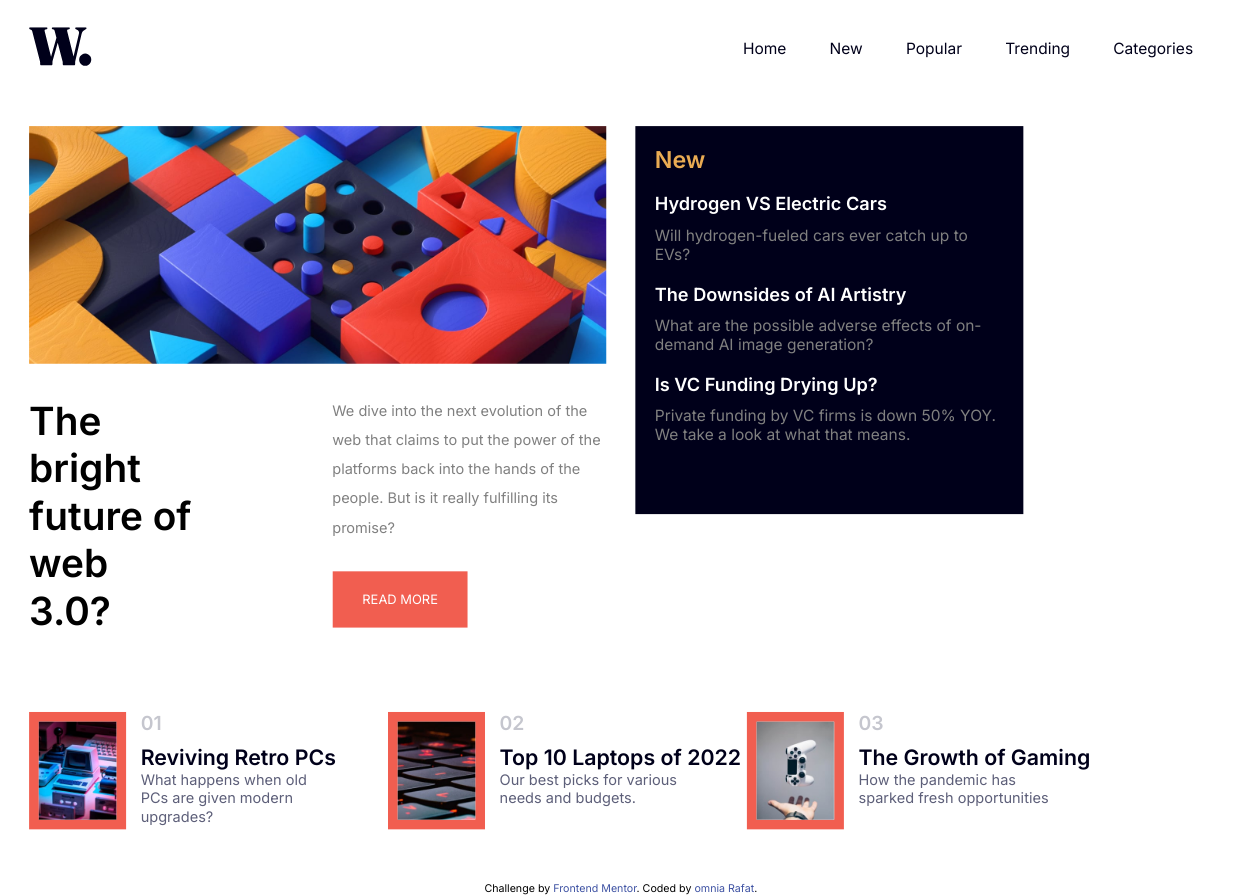
Repository: OmniaRafat232111121/HomePage
Page: index.html
An editor plug-in stored every save of this project. The page is shown before and after a run of saves, followed by the edit.
The browser window is 1280 px wide. The pictures show the whole page, at 97% of full size.

Above is the page before, as saved 2022-12-17 22:45:38.

After the next 2 saves:
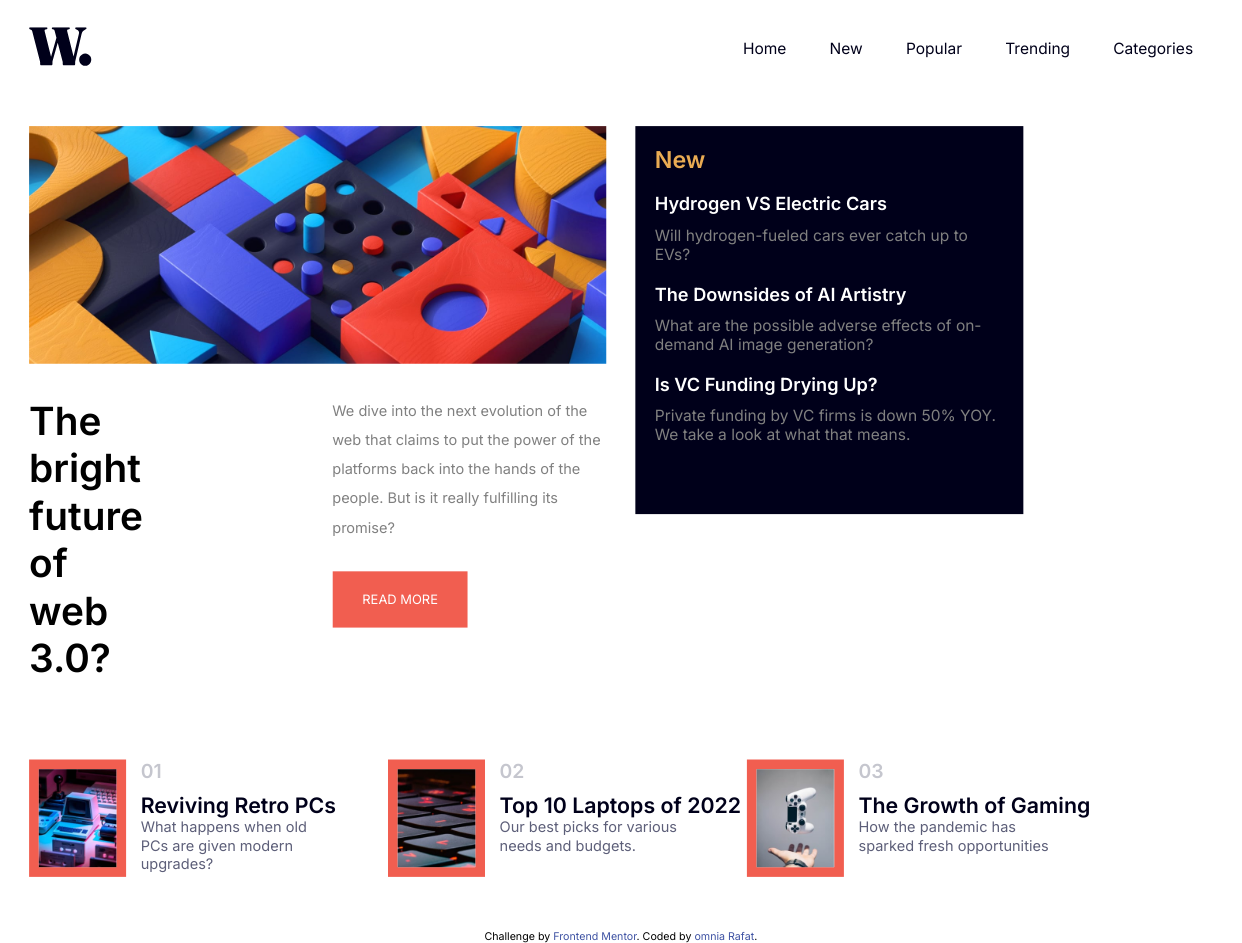
The 2 saves are shown as one change because they came seconds apart.
The last was saved 6 s later.
--- a/style.css
+++ b/style.css
@@ -51,7 +51,7 @@
    margin-top: 30px;
 }
 .heading{
-   width:50
+   width:50%;
 }
 .heading h1{
     width:60%;

After the 4 saves that followed:
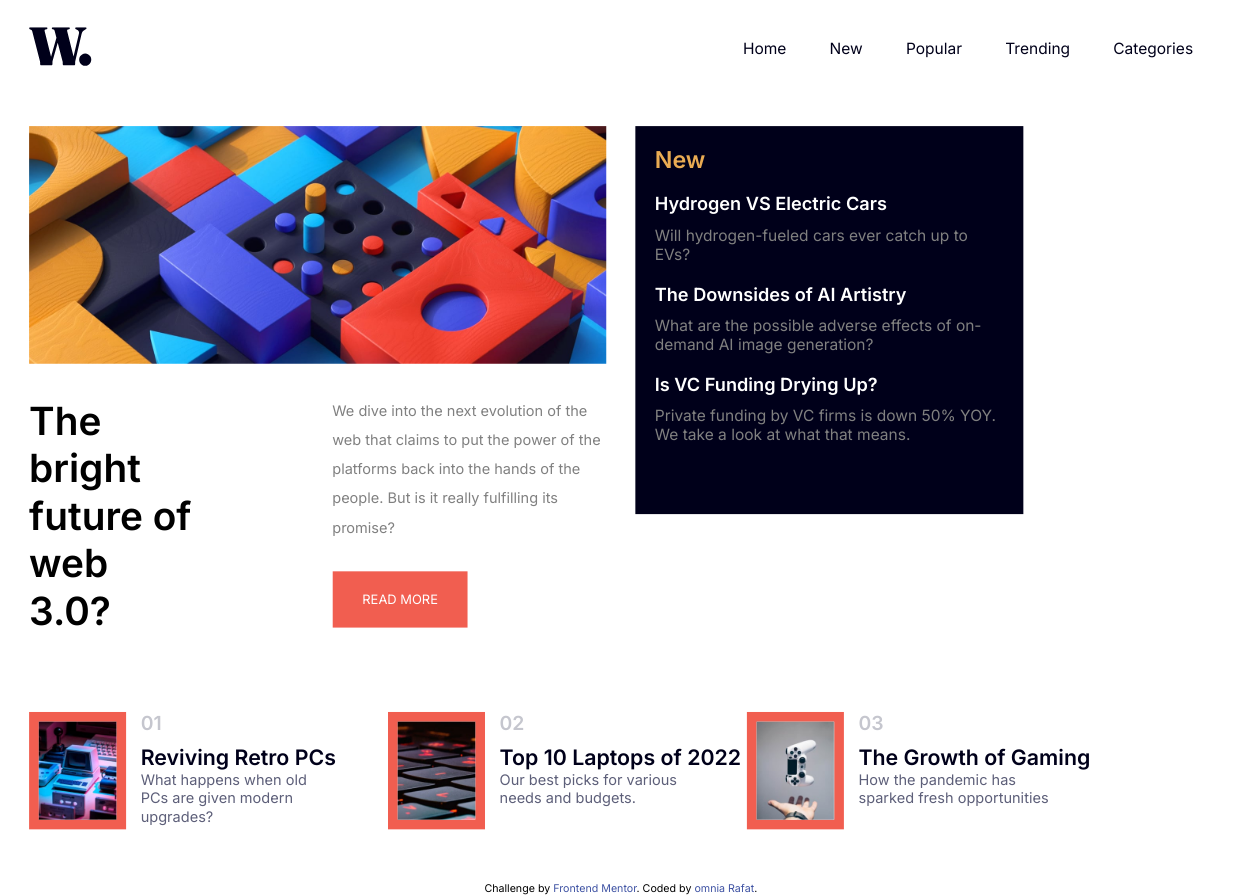
The 4 saves are shown as one change because 2 left the picture as it was and some came seconds apart.
The last was saved 32 s later.
--- a/style.css
+++ b/style.css
@@ -50,9 +50,7 @@
    grid-gap:30px;
    margin-top: 30px;
 }
-.heading{
-   width:50%;
-}
+
 .heading h1{
     width:60%;
     font-size: 40px;
